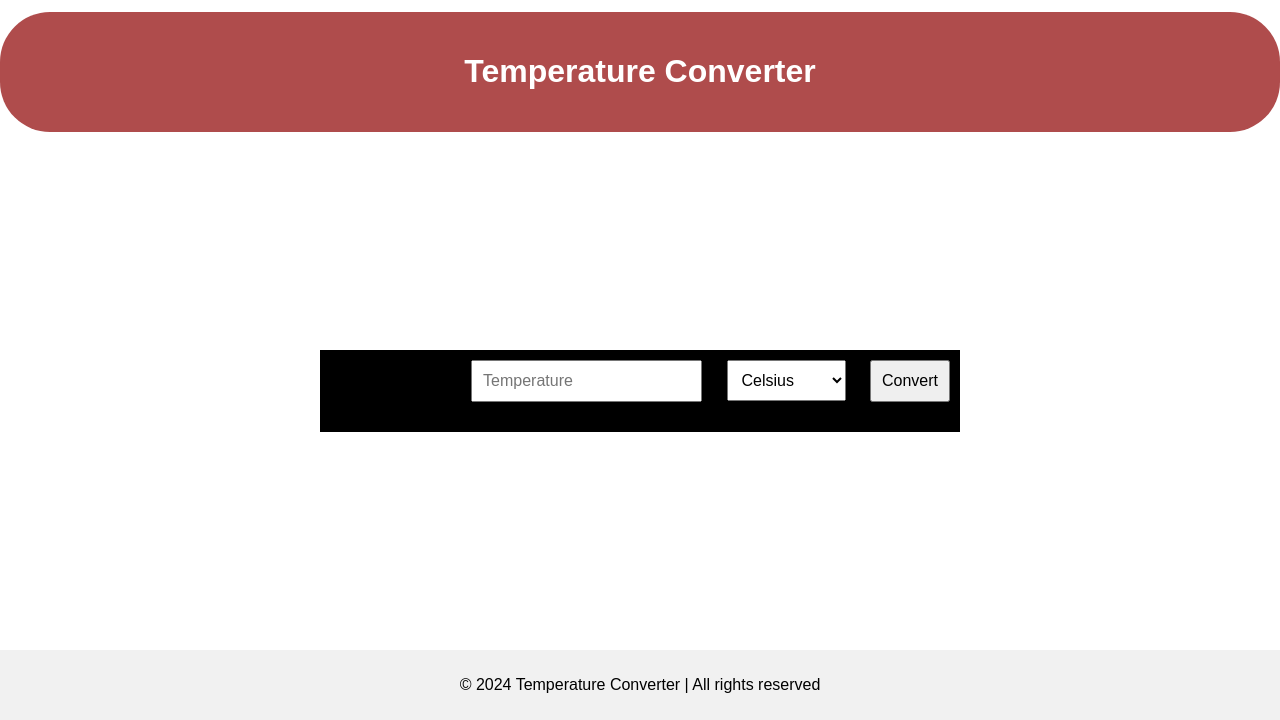
Repository: akhiranandan-04/Temperature-Converter
Page: index.html
An editor plug-in stored every save of this project. The page is shown before and after the next save, followed by the edit.
The browser window is 1280 px wide. The pictures show the whole page.

Above is the page before, as saved 2024-10-19 13:11:06.

### index.html
<!DOCTYPE html>
<html lang="en">
<head>
    <meta charset="UTF-8">
    <meta name="viewport" content="width=device-width, initial-scale=1.0">
    <title>Temperature Converter</title>
    <link rel="stylesheet" href="style.css">
</head>
<body>
    <header>
        <h1>Temperature Converter</h1>
    </header>

    <div class="converter">
        <div class="background">
        <label for="tempInput">Enter Temperature:</label>
        <input type="number" id="tempInput" placeholder="Temperature">

        <select id="tempType">
            <option value="C">Celsius</option>
            <option value="F">Fahrenheit</option>
        </select>

        <button onclick="convertTemp()">Convert</button>

        <p id="result"></p>
        </div>
    </div>

    <footer>
        <p>&copy; 2024 Temperature Converter | All rights reserved</p>
    </footer>

    <script src="script.js"></script>
</body>
</html>

### style.css
body {
    font-family: Arial, sans-serif;
    display: flex;
    flex-direction: column;
    justify-content: space-between;
    min-height: 100vh;
    margin: 0;
}

header {
    text-align: center;
    background-color: #af4c4c;
    padding: 20px;
    color: white;
    border-radius: 50px;
    margin-top: 12px;
}

.converter {
    display: flex;
    flex-direction: column;
    align-items: center;
    justify-content: center;
    flex: 1;
    background-color:white;
}

.background{
    background-color: black
}
.converter input, .converter select, .converter button {
    margin: 10px;
    padding: 10px;
    font-size: 16px;
}

.converter p {
    font-size: 20px;
    font-weight: bold;
}

footer {
    text-align: center;
    padding: 10px;
    background-color: #f1f1f1;
}

### script.js
function convertTemp() {
    let temp = document.getElementById('tempInput').value;
    let tempType = document.getElementById('tempType').value;
    let resultText = '';

    if (temp === '') {
        resultText = 'Please enter a temperature!';
    } else {
        temp = parseFloat(temp);
        if (tempType === 'C') {
            // Celsius to Fahrenheit
            let convertedTemp = (temp * 9/5) + 32;
            resultText = `${temp}°C is ${convertedTemp.toFixed(2)}°F`;
        } else if (tempType === 'F') {
            // Fahrenheit to Celsius
            let convertedTemp = (temp - 32) * 5/9;
            resultText = `${temp}°F is ${convertedTemp.toFixed(2)}°C`;
        }
    }

    document.getElementById('result').innerText = resultText;
}

After the next save:
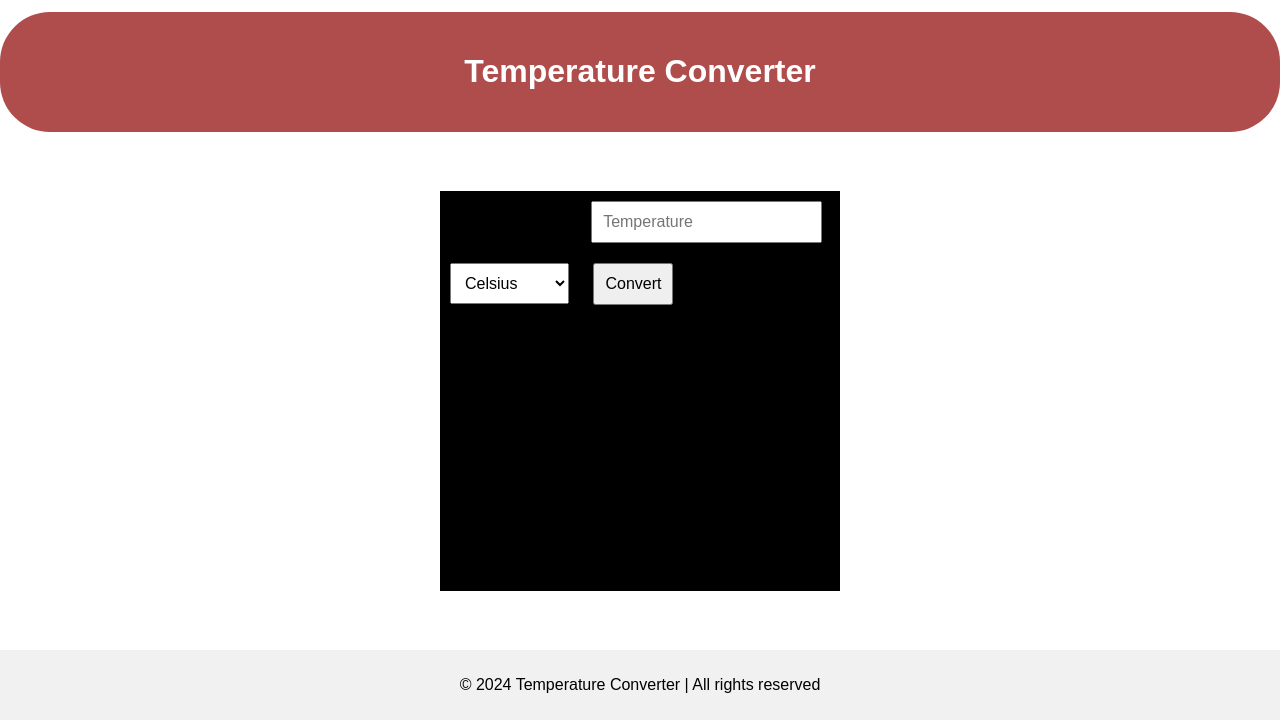
Saved 17 s later.
--- a/style.css
+++ b/style.css
@@ -26,7 +26,9 @@ header {
 }
 
 .background{
-    background-color: black
+    background-color: black;
+    height: 400px;
+    width: 400px;
 }
 .converter input, .converter select, .converter button {
     margin: 10px;
